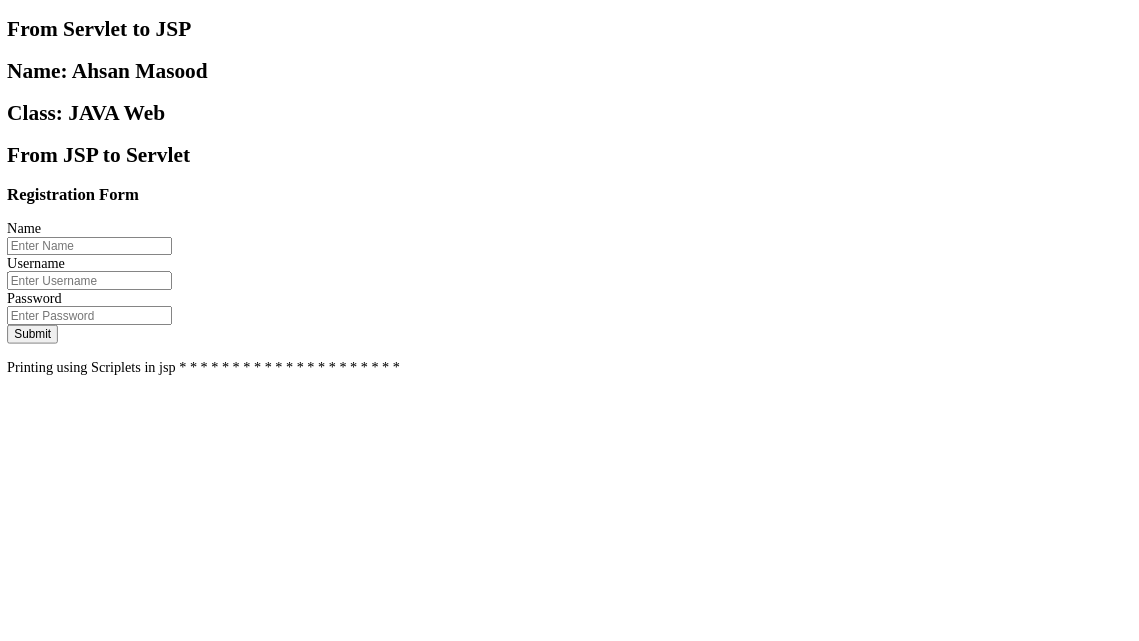
Repository: Ahsan-Masood98/Java-Web-Eng
Page: http://localhost/week2lab/helloworld
The author's editor kept a copy of each file at every save. The page is drawn from the files as they stood at one save, then again after the next save.
The browser window is 1280 px wide. The pictures show the whole page, at 89% of full size.
The page is served by Tomcat 9.

Above is the page before, as saved 2022-09-21 13:16:19.

### eclipse-workplace/week2lab/src/main/webapp/index.jsp
<%@ page language="java" contentType="text/html; charset=ISO-8859-1" pageEncoding="ISO-8859-1"%>
<!DOCTYPE html>
<html>
<head>
<meta charset="ISO-8859-1">
<title>Week 2 Lab</title>
</head>
<body>
	<h2>From Servlet to JSP</h2>
	<h2>Name: ${name}</h2>
	<h2>Class: ${course}</h2>
	<h2>From JSP to Servlet</h2>
	<h3>Registration Form</h3>
	<form action="helloworld" method ="post">
	<label>Name</label><br/>
	<input type=text name="name" placeholder="Enter Name"/><br/>
	<label>Username</label><br/>
	<input type=text name="username" placeholder="Enter Username"/><br/>
	<label>Password</label><br/>
	<input type=password name="password" placeholder="Enter Password"/><br/>
	<button type="submit">Submit</button>
	</form>
	<br>
	<% out.print("Printing using Scriplets in jsp"); %>
	<%
		int row=6;
		for(int i=0; i< row; i++){
			for(int j=row-i; j>=0; j--){
				out.print(" ");
			}
			for(int k=0; k<=i; k++){
				out.print("* ");
			}

		}
	%>

</body>
</html>

### eclipse-workplace/week2lab/src/main/java/com/ahsan/helloworld.java
package com.ahsan;

import java.io.IOException;
import java.io.PrintWriter;

import javax.servlet.RequestDispatcher;
import javax.servlet.ServletException;
import javax.servlet.annotation.WebServlet;
import javax.servlet.http.HttpServlet;
import javax.servlet.http.HttpServletRequest;
import javax.servlet.http.HttpServletResponse;

/**
 * Servlet implementation class helloworld
 */
@WebServlet("/helloworld")
public class helloworld extends HttpServlet {
	private static final long serialVersionUID = 1L;

    /**
     * Default constructor.
     */
    public helloworld() {
        // TODO Auto-generated constructor stub
    }

	/**
	 * @see HttpServlet#doGet(HttpServletRequest request, HttpServletResponse response)
	 */
	protected void doGet(HttpServletRequest request, HttpServletResponse response) throws ServletException, IOException {
		// TODO Auto-generated method stub
		response.getWriter().append("Served at: ").append(request.getContextPath());

		String destination ="index.jsp";
		RequestDispatcher requestDispatcher = request.getRequestDispatcher(destination);
		String name = "Ahsan Masood";
		request.setAttribute("name", name);
		String course = "JAVA Web";
		request.setAttribute("course", course);
		requestDispatcher.forward(request, response);
		// or request.getRequestDispatcher("index.js").forward(request, response);
	}

	/**
	 * @see HttpServlet#doPost(HttpServletRequest request, HttpServletResponse response)
	 */
	protected void doPost(HttpServletRequest request, HttpServletResponse response) throws ServletException, IOException {
		// TODO Auto-generated method stub
		doGet(request, response);
		response.setContentType("Text/HTML");
		String name = request.getParameter("name");
		String username = request.getParameter("username");
		String password = request.getParameter("password");
		PrintWriter out = response.getWriter();
		out.println("<h1> Name: " + name + "</h1> <br/> <h1> Username: " + username + "</h1> <br/>");
	}

}

After the next save:
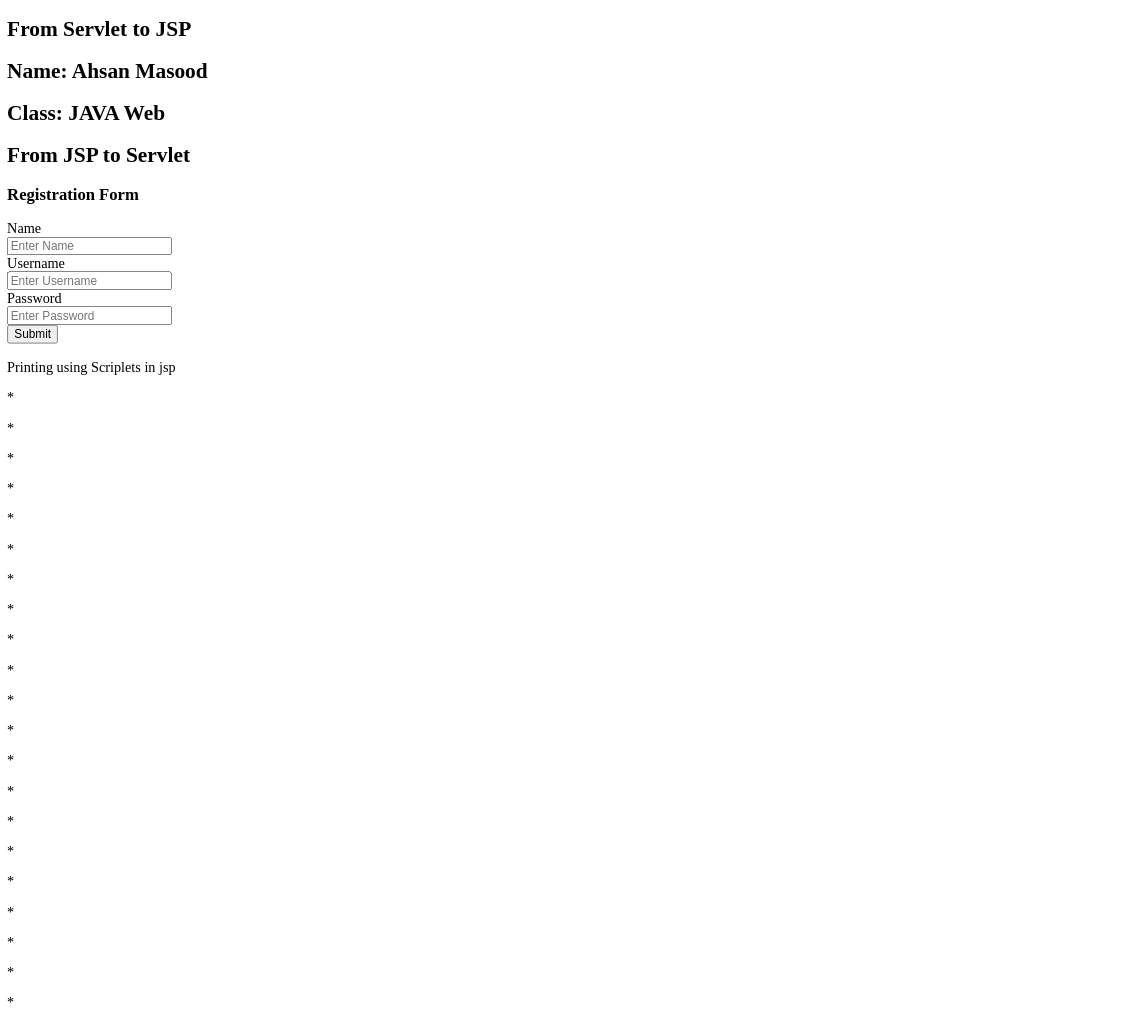
Saved 3 min 13 s later.
--- a/eclipse-workplace/week2lab/src/main/webapp/index.jsp
+++ b/eclipse-workplace/week2lab/src/main/webapp/index.jsp
@@ -26,10 +26,14 @@
 		int row=6;
 		for(int i=0; i< row; i++){
 			for(int j=row-i; j>=0; j--){
-				out.print(" ");
+			 %>
+			 <p> </p>
+			 <%
 			}
 			for(int k=0; k<=i; k++){
-				out.print("* ");
+				%>
+				 <p>* </p>
+				 <%
 			}
 
 		}

After the save that followed:
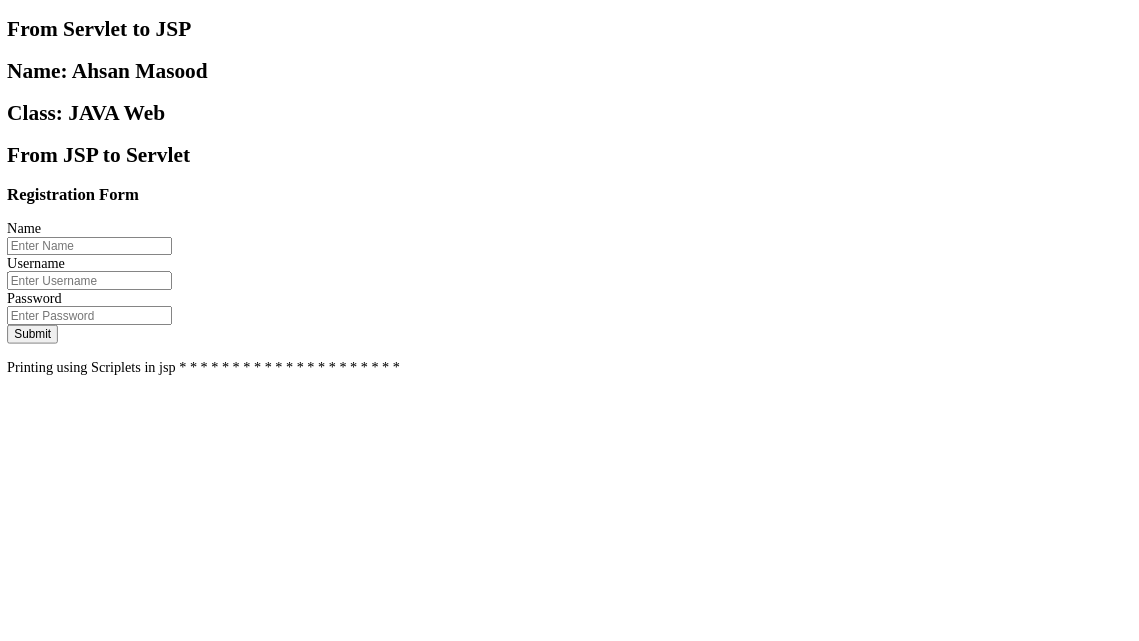
Saved 108 s later.
--- a/eclipse-workplace/week2lab/src/main/webapp/index.jsp
+++ b/eclipse-workplace/week2lab/src/main/webapp/index.jsp
@@ -26,16 +26,11 @@
 		int row=6;
 		for(int i=0; i< row; i++){
 			for(int j=row-i; j>=0; j--){
-			 %>
-			 <p> </p>
-			 <%
+				out.println(" ");
 			}
 			for(int k=0; k<=i; k++){
-				%>
-				 <p>* </p>
-				 <%
+				out.println("* ");
 			}
-
 		}
 	%>
 
